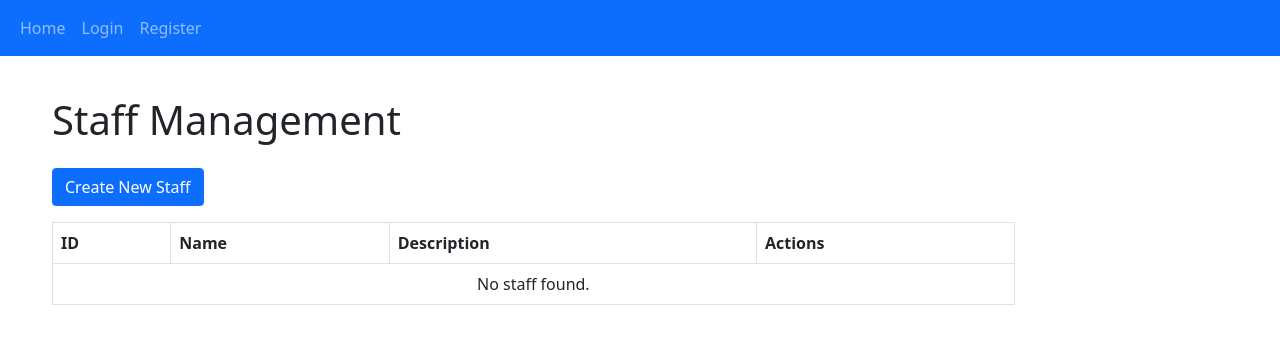
Repository: Matsikembareb/myPowervision
Page: http://localhost/staff
The author's editor kept a copy of each file at every save. The page is drawn from the files as they stood at one save, then again after the next save.
The browser window is 1280 px wide. The pictures show the whole page.
The page is served by the project's application, run on Flask 3 (01prototype/myPowervision/__init__.py).

Above is the page before, as saved 2025-09-26 16:12:22.

After the next save:
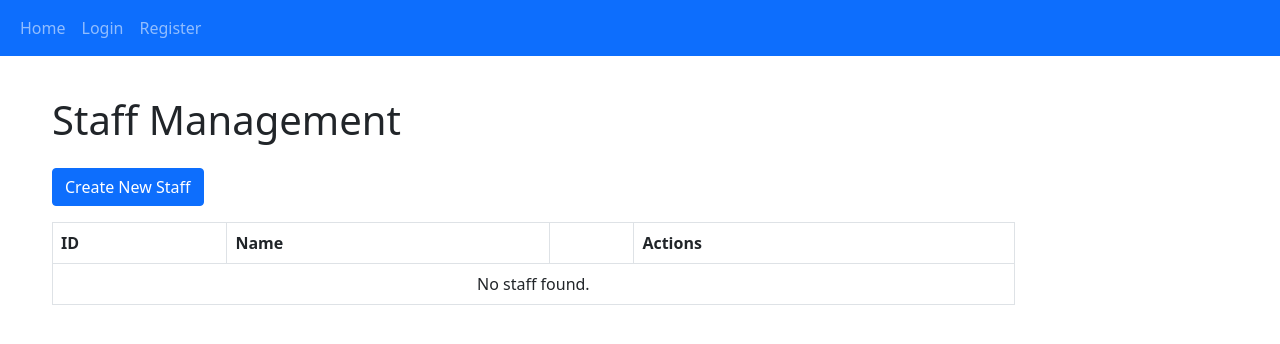
Saved 28 s later.
--- a/01prototype/myPowervision/templates/staff_management/staff.html
+++ b/01prototype/myPowervision/templates/staff_management/staff.html
@@ -12,7 +12,7 @@
         <tr>
           <th>ID</th>
           <th>Name</th>
-          <th>Description</th>
+          <th></th>
           <th>Actions</th>
         </tr>
       </thead>
